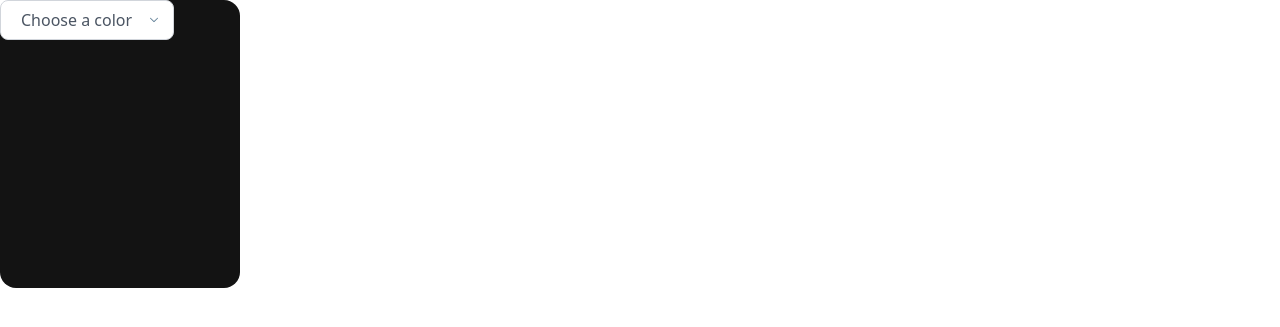
Repository: SayedJamil/Edvora-app
Page: /leftcard
The author's editor kept a copy of each file at every save. The page is drawn from the files as they stood at one save, then again after the next save.
The browser window is 1280 px wide. The pictures show the whole page.
The project was rebuilt for these pictures with package versions that can differ from the ones it lists, and the page was loaded fresh each time. The framework's server and built-in components were replaced by stand-ins that run in the browser. Also part of the build but not shown: next.config.js.

Above is the page before, as saved 2021-12-19 15:53:33.

After the next save:
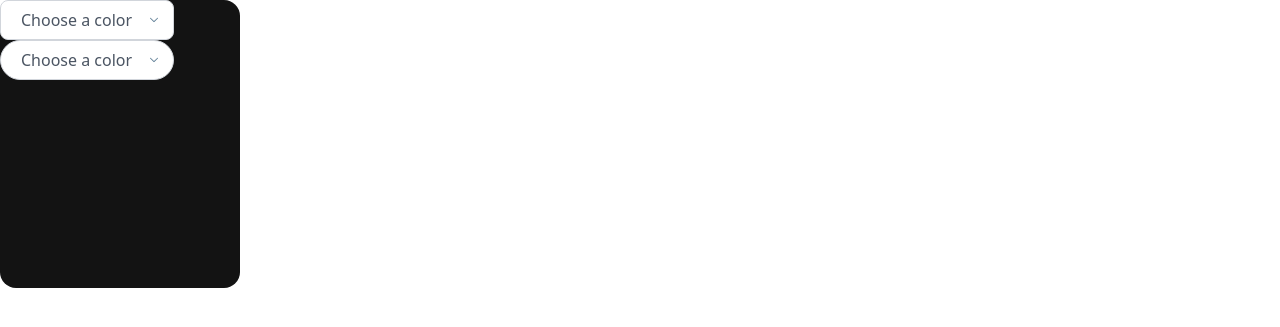
Saved 13 s later.
--- a/pages/leftcard.js
+++ b/pages/leftcard.js
@@ -10,6 +10,20 @@
                     <option>Blue</option>
                 </select>
             </div>
+            <div class="relative inline-flex">
+                <svg class="w-2 h-2 absolute top-0 right-0 m-4 pointer-events-none" xmlns="http://www.w3.org/2000/svg" viewBox="0 0 412 232"><path d="M206 171.144L42.678 7.822c-9.763-9.763-25.592-9.763-35.355 0-9.763 9.764-9.763 25.592 0 35.355l181 181c4.88 4.882 11.279 7.323 17.677 7.323s12.796-2.441 17.678-7.322l181-181c9.763-9.764 9.763-25.592 0-35.355-9.763-9.763-25.592-9.763-35.355 0L206 171.144z" fill="#648299" fill-rule="nonzero" /></svg>
+                <select class="border border-gray-300 rounded-full text-gray-600 h-10 pl-5 pr-10 bg-white hover:border-gray-400 focus:outline-none appearance-none">
+                    <option>Choose a color</option>
+                    <option>Red</option>
+                    <option>Blue</option>
+                    <option>Yellow</option>
+                    <option>Black</option>
+                    <option>Orange</option>
+                    <option>Purple</option>
+                    <option>Gray</option>
+                    <option>White</option>
+                </select>
+            </div>
         </div>
     )
 }

After the save that followed:
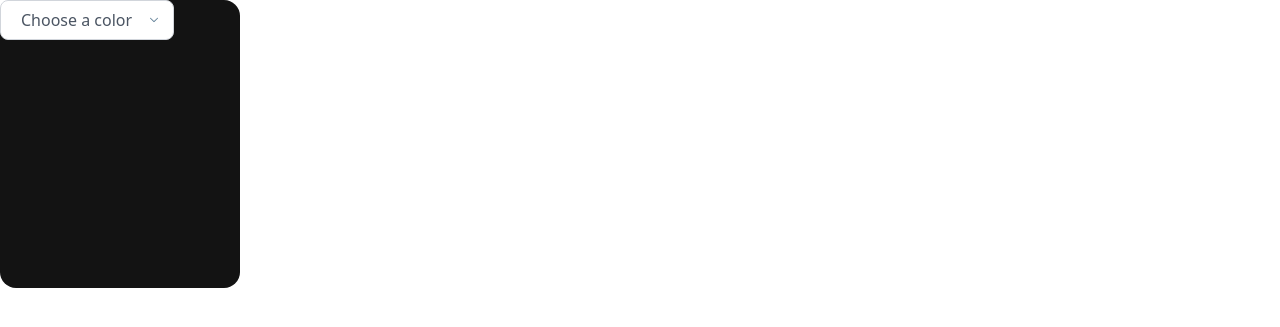
Saved 5 s later.
--- a/pages/leftcard.js
+++ b/pages/leftcard.js
@@ -10,20 +10,7 @@
                     <option>Blue</option>
                 </select>
             </div>
-            <div class="relative inline-flex">
-                <svg class="w-2 h-2 absolute top-0 right-0 m-4 pointer-events-none" xmlns="http://www.w3.org/2000/svg" viewBox="0 0 412 232"><path d="M206 171.144L42.678 7.822c-9.763-9.763-25.592-9.763-35.355 0-9.763 9.764-9.763 25.592 0 35.355l181 181c4.88 4.882 11.279 7.323 17.677 7.323s12.796-2.441 17.678-7.322l181-181c9.763-9.764 9.763-25.592 0-35.355-9.763-9.763-25.592-9.763-35.355 0L206 171.144z" fill="#648299" fill-rule="nonzero" /></svg>
-                <select class="border border-gray-300 rounded-full text-gray-600 h-10 pl-5 pr-10 bg-white hover:border-gray-400 focus:outline-none appearance-none">
-                    <option>Choose a color</option>
-                    <option>Red</option>
-                    <option>Blue</option>
-                    <option>Yellow</option>
-                    <option>Black</option>
-                    <option>Orange</option>
-                    <option>Purple</option>
-                    <option>Gray</option>
-                    <option>White</option>
-                </select>
-            </div>
+
         </div>
     )
 }
